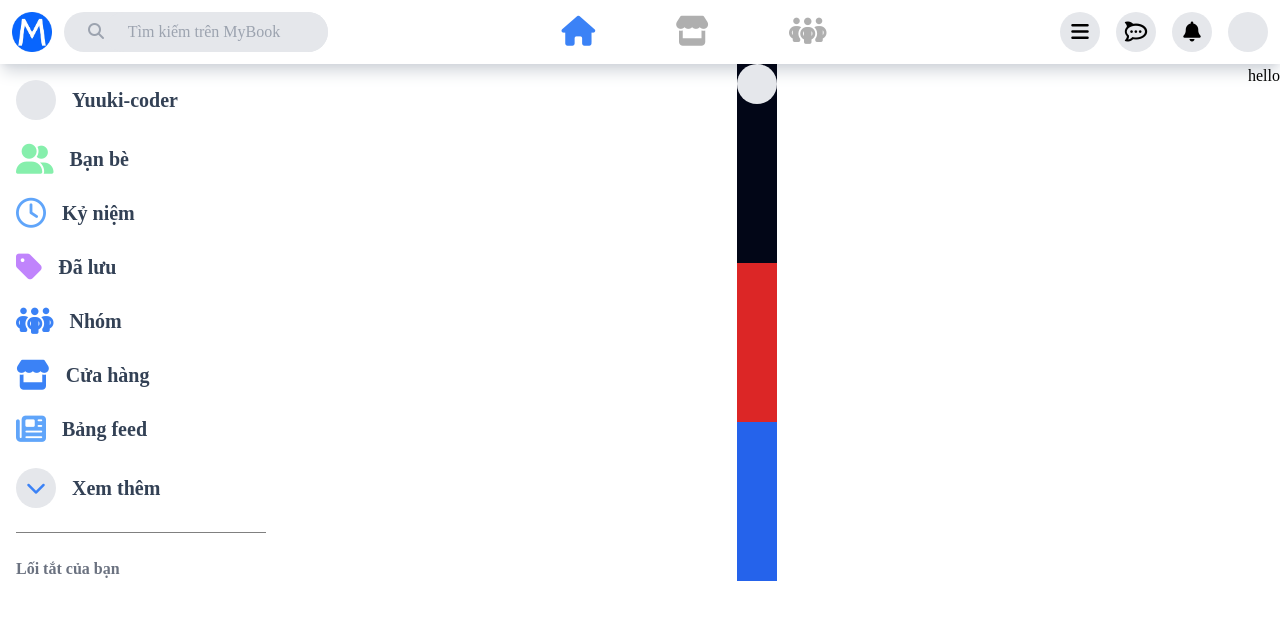
Repository: Yuukicoder/MyBook
Page: / (app in mybook/)
These files come from the project's save history. The page is drawn as it stood at one moment and after the next save; the edit follows.
The browser window is 1280 px wide. The pictures show the whole page.
The project was rebuilt for these pictures with package versions that can differ from the ones it lists, and the page was loaded fresh each time.

Above is the page before, as saved 2023-12-14 09:09:28.

### mybook/src/index.js
import React from 'react';
import ReactDOM from 'react-dom/client';
import './index.css';
import App from './App';
import reportWebVitals from './reportWebVitals';

const root = ReactDOM.createRoot(document.getElementById('root'));
root.render(
  <React.StrictMode >
  <App / >
  </React.StrictMode>
);

// If you want to start measuring performance in your app, pass a function
// to log results (for example: reportWebVitals(console.log))
// or send to an analytics endpoint. Learn more: https://bit.ly/CRA-vitals
reportWebVitals();

### mybook/src/index.css
@tailwind base;
@tailwind components;
@tailwind utilities;
  @import url('https://fonts.googleapis.com/css2?family=Arima:wght@100;200;300;400;500;700&display=swap');
*{
  margin: 0;
  padding: 0;
  box-sizing: border-box;
  font-family: Arima;
  /* border: 1px solid black; */
}
body{
  width: 100%;
  height: 100vh;
}

### mybook/src/App.js
import './App.css';
import '@fortawesome/fontawesome-free/css/all.min.css';
import Navbar from './Navbar'
import Option from './Option'
import News from './News';
import Friend_contact from './Friend_contact';
 var App = () =>
(
    <div class="">
        <Navbar/>
        <div class="flex justify-between">
        <Option name="Yuuki-coder"/>
        <News/>
        <Friend_contact/>
        </div>

    </div>
)

export default App;

### mybook/src/App.css
:root{
  --text-color: rgb(175, 175, 175);
  --bg-icon-color: #e5e7eb;
}
.avatar{
  width: 40px;
  height: 40px;
  background-color: var(--bg-icon-color);
  border-radius: 50%;
  display: flex;
  align-items: center;
  justify-content: center;
}

### mybook/src/Navbar.js
import './Navbar.css'
import '@fortawesome/fontawesome-free/css/all.min.css';

var Navbar = () =>(


    <div class="flex items-center justify-between  w-screen py-3 px-3  shadow-lg shadow-gray-300">
        <div class="flex">

    <div class="Navbar_icon pr-3">
        <img class="w-10 h-10" src='iconMyBook.png' alt=""></img>
    </div>
    <div class="Navbar_search h-10 bg-gray-200 rounded-3xl">
        <label class=" text-center h-full pl-6"for="">
    <i class="fa-solid fa-magnifying-glass text-gray-400" ></i>
        </label>

        <input class="rounded-3xl text-center h-full pr-6 bg-gray-200" type="text" placeholder="Tìm kiếm trên MyBook"></input>
        </div>

    </div>
    <div class="  Navbar_selection">
        <ul class="flex gap-20">
            <li>
            <i class="fa-solid fa-house text-blue-500"></i>
            </li>
            <li>
            <i class="fa-solid fa-store"></i>
            </li>
            <li> <i class="fa-solid fa-people-group"></i></li>
        </ul>
    </div>
    <div class="Navbar_option">
        <ul class="flex gap-4 items-center">
            <li>
            <div class="avatar">

                <i class="fa-solid fa-bars"></i>
            </div>
                </li>
            <li>
            <div class="avatar">

                <i class="fa-brands fa-rocketchat"></i>
            </div>
                </li>
            <li>
            <div class="avatar">

                <i class="fa-solid fa-bell"></i>
            </div>
                </li>
            <li><div class="avatar"></div></li>
        </ul>
    </div>
    </div>
)
export default Navbar;

### mybook/src/Option.js
import './Option.css'
// var ButtonCollapse = () =>{

//     var collapse = document.getElementById('collapse');
// }


var Option = (x) => {
    function sayHello(name) {
        alert(`hello, ${name}`);
      }

    return (
    <div class="mt-4 ml-4  grid gap-6">

    <div class="flex gap-4 items-center box ">
        <div class="avatar">
        </div>
        <p class="font-semibold text-xl text-slate-700">{x.name}</p>

    </div>
    <div class="flex gap-4 items-center box">
    <i class="fa-solid fa-user-group text-green-300"></i>
        <p class="font-semibold text-xl text-slate-700">Bạn bè</p>

    </div>
    <div class="flex gap-4 items-center box ">
    <i class="fa-regular fa-clock text-blue-400"></i>
        <p class="font-semibold text-xl text-slate-700">Kỷ niệm</p>

    </div>
    <div class="flex gap-4 items-center box ">
    <i class="fa-solid fa-tag text-purple-400"></i>
        <p class="font-semibold text-xl text-slate-700">Đã lưu</p>

    </div>
    <div class="flex gap-4 items-center box ">
    <i class="fa-solid fa-people-group text-blue-500"></i>
        <p class="font-semibold text-xl text-slate-700">Nhóm</p>

    </div>
    <div class="flex gap-4 items-center box ">
    <i class="fa-solid fa-store text-blue-500"></i>
        <p class="font-semibold text-xl text-slate-700">Cửa hàng</p>

    </div>
    <div class="flex gap-4 items-center box ">
        <i class="fa-solid fa-newspaper text-blue-400"></i>
        <p class="font-semibold text-xl text-slate-700">Bảng feed</p>

    </div>
    <div class="flex gap-4 items-center box " >
        <div class="avatar">
    <i class="fa-solid fa-chevron-down text-blue-500 "></i>
        </div>
        <button class="font-semibold text-xl text-slate-700" onclick={sayHello}>Xem thêm</button>

    </div>
    <div class="line"></div>
    <p class="text-base font-semibold text-gray-500">Lối tắt của bạn</p>
    </div>
)}
export default Option

### mybook/src/News.js
var News = () =>(
    <div class="grid">
        <div class="News_Story bg-slate-950">
            <div class="Story_Page w-70">
                <div class="avatar"></div>
                <div class="author"></div>
            </div>
        </div>
        <div class="News_Tools bg-red-600"></div>
        <div class="News_Page bg-blue-600"></div>
    </div>

)
export default News;

### mybook/src/Friend_contact.js
var Friend_contact = () =>(
    <p>hello</p>
)
export default Friend_contact;

### mybook/src/Navbar.css
:root{
    --text-color: rgb(175, 175, 175);
    --bg-icon-color: #e5e7eb;
  }
  ul i{
  color: var(--text-color);
  font-size: 30px;
  }

  .Navbar_option ul li i{
    color: black;
  font-size: 20px;

  }

### mybook/src/Option.css

.box i{
    font-size: 30px;
}
.line{
    width: 250px;
    height: 1px;
    background-color: grey;
}
.avatar i{
    font-size: 20px;
}

### mybook/tailwind.config.js
/** @type {import('tailwindcss').Config} */
module.exports = {
  content: [
    "./src/**/*.{js,jsx,ts,tsx}",
  ],
  theme: {
    extend: {},
    color:{
      'text-grey':'#9ca9c9'
    }
  },
  plugins: [],
}

Loaded but not shown: mybook/public/index.html (common file); mybook/src/reportWebVitals.js (common file)

After the next save:
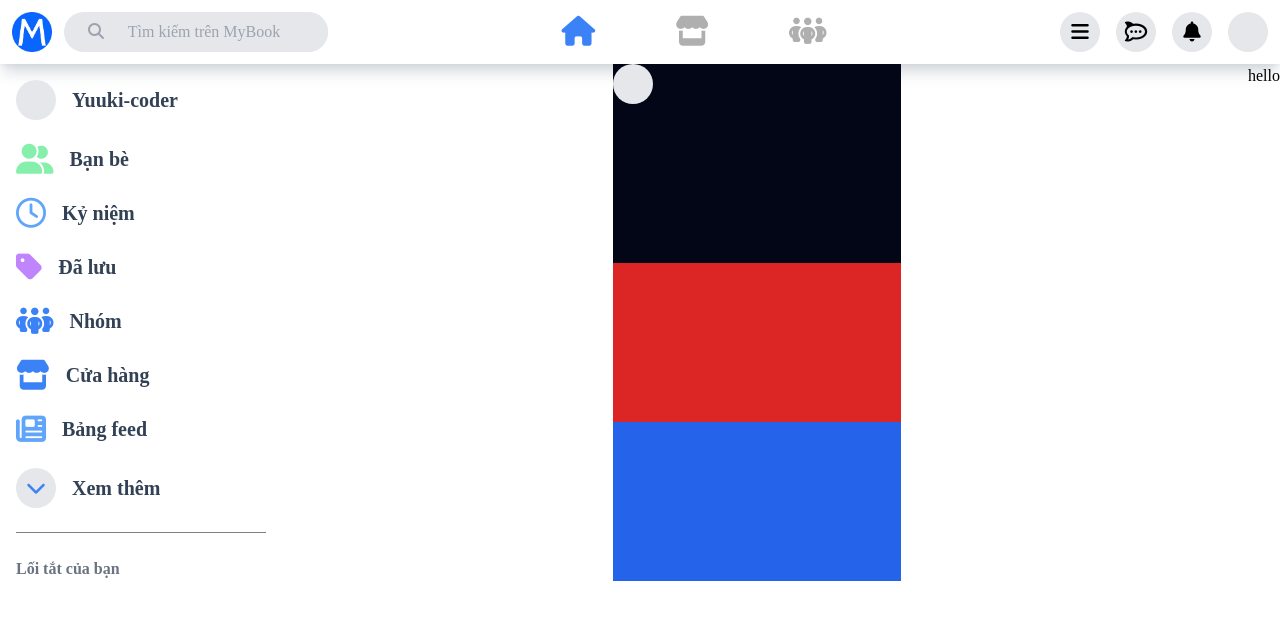
Saved 5 s later.
--- a/mybook/src/News.js
+++ b/mybook/src/News.js
@@ -1,7 +1,7 @@
 var News = () =>(
     <div class="grid">
         <div class="News_Story bg-slate-950">
-            <div class="Story_Page w-70">
+            <div class="Story_Page w-72">
                 <div class="avatar"></div>
                 <div class="author"></div>
             </div>
